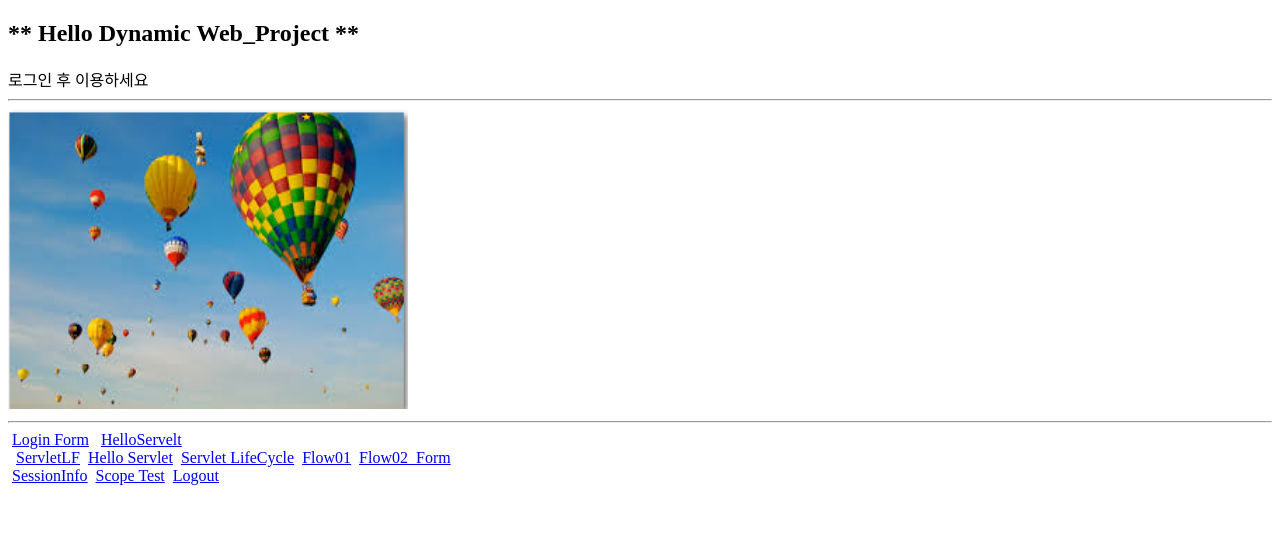
Repository: nameground/Java
Page: http://localhost/Web01/
An editor plug-in stored every save of this project. The page is shown before and after the next save, followed by the edit.
The browser window is 1280 px wide. The pictures show the whole page.
The page is served by Tomcat 9. Nobody is signed in. The application's start-up code is not run. Other server files are loaded and not shown.

Above is the page before, as saved 2023-10-16 02:03:39.

### mTest/Mywork/Web01/src/main/webapp/index.jsp
<%@ page language="java" contentType="text/html; charset=UTF-8"
    pageEncoding="UTF-8"%>
<!DOCTYPE html>
<html>
<head>
<meta charset="UTF-8">
<title>Insert title here</title>
</head>
<body>
<h2>** Hello Dynamic Web_Project **</h2>
<%
	if( session.getAttribute("loginName") != null ){ %>
		<%=session.getAttribute("loginName") %> 님 안녕하세요 ~~ <br>
<%	}else { %>
	로그인 후 이용하세요 <br>
<% }%>
<hr>
<img src="./images/a2.png" width ="400" height="300">
<hr>
&nbsp;<a href="/Web01/servletTestForm/flowEx04_LoginForm.jsp">Login Form</a>
&nbsp; <a href="/Web01/helloS">HelloServelt</a> <br>
&nbsp; <a href="/Web01/lifecycle">ServletLF</a>
&nbsp;<a href="/Web01/helloS">Hello Servlet</a>
&nbsp;<a href="/Web01/lifeCycle">Servlet LifeCycle</a>
&nbsp;<a href="/Web01/flow01">Flow01</a>
&nbsp;<a href="/Web01/servletTestForm/flow02_TestForm.jsp">Flow02_Form</a><br>
&nbsp;<a href="/Web01/sessioni">SessionInfo</a>
&nbsp;<a href="/Web01/01set">Scope Test</a>
&nbsp;<a href="/Web01/logout">Logout</a>
</body>
</html>

After the next save:
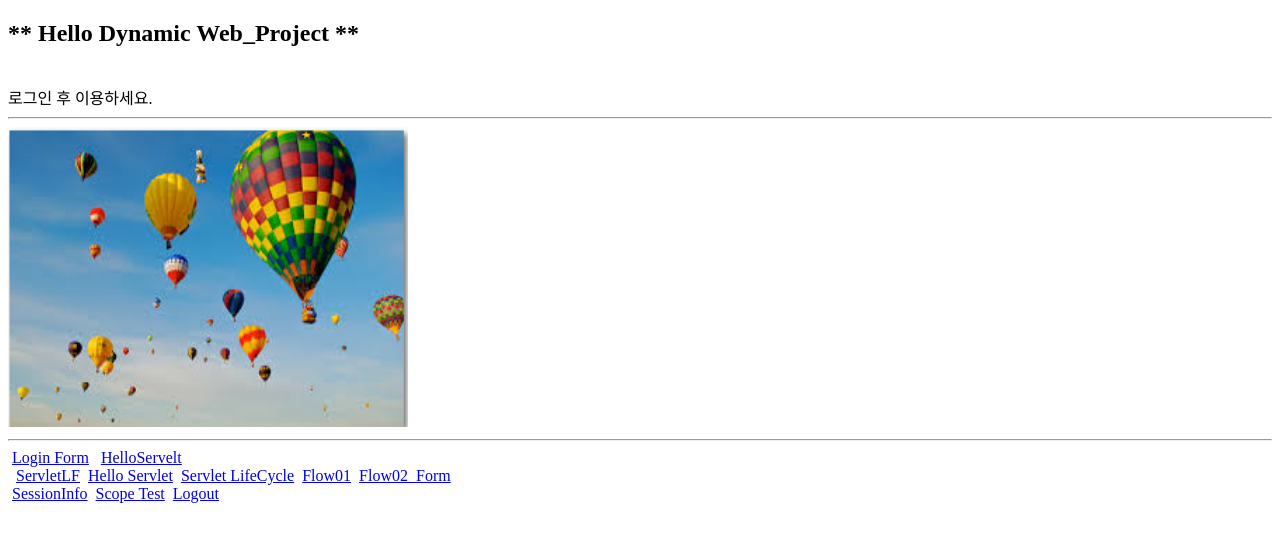
Saved 37 min 55 s later.
--- a/mTest/Mywork/Web01/src/main/webapp/index.jsp
+++ b/mTest/Mywork/Web01/src/main/webapp/index.jsp
@@ -1,5 +1,6 @@
 <%@ page language="java" contentType="text/html; charset=UTF-8"
     pageEncoding="UTF-8"%>
+<%@ taglib uri="http://java.sun.com/jsp/jstl/core" prefix="c" %>
 <!DOCTYPE html>
 <html>
 <head>
@@ -8,12 +9,32 @@
 </head>
 <body>
 <h2>** Hello Dynamic Web_Project **</h2>
+<br>
+<%--
+** 아래 JSTL 과 비교
 <%
 	if( session.getAttribute("loginName") != null ){ %>
 		<%=session.getAttribute("loginName") %> 님 안녕하세요 ~~ <br>
 <%	}else { %>
 	로그인 후 이용하세요 <br>
 <% }%>
+--%>
+
+<c:if test="${not empty sessionScope.loginName}">
+		${sessionScope.loginName} 님 안녕하세요 ~~ <br>
+</c:if>
+<c:if test="${empty sessionScope.loginName}">
+	로그인 후 이용하세요. <br>
+</c:if>
+
+<%--
+!= 보다는 empty 사용을 권장함
+empty 는 값의 유무와 글자수가 0보다 큰지를 한번에 할 수 있음
+<c:if test="${sessionScope.loginName != null}">
+
+</c:if>
+ --%>
+
 <hr>
 <img src="./images/a2.png" width ="400" height="300">
 <hr>
